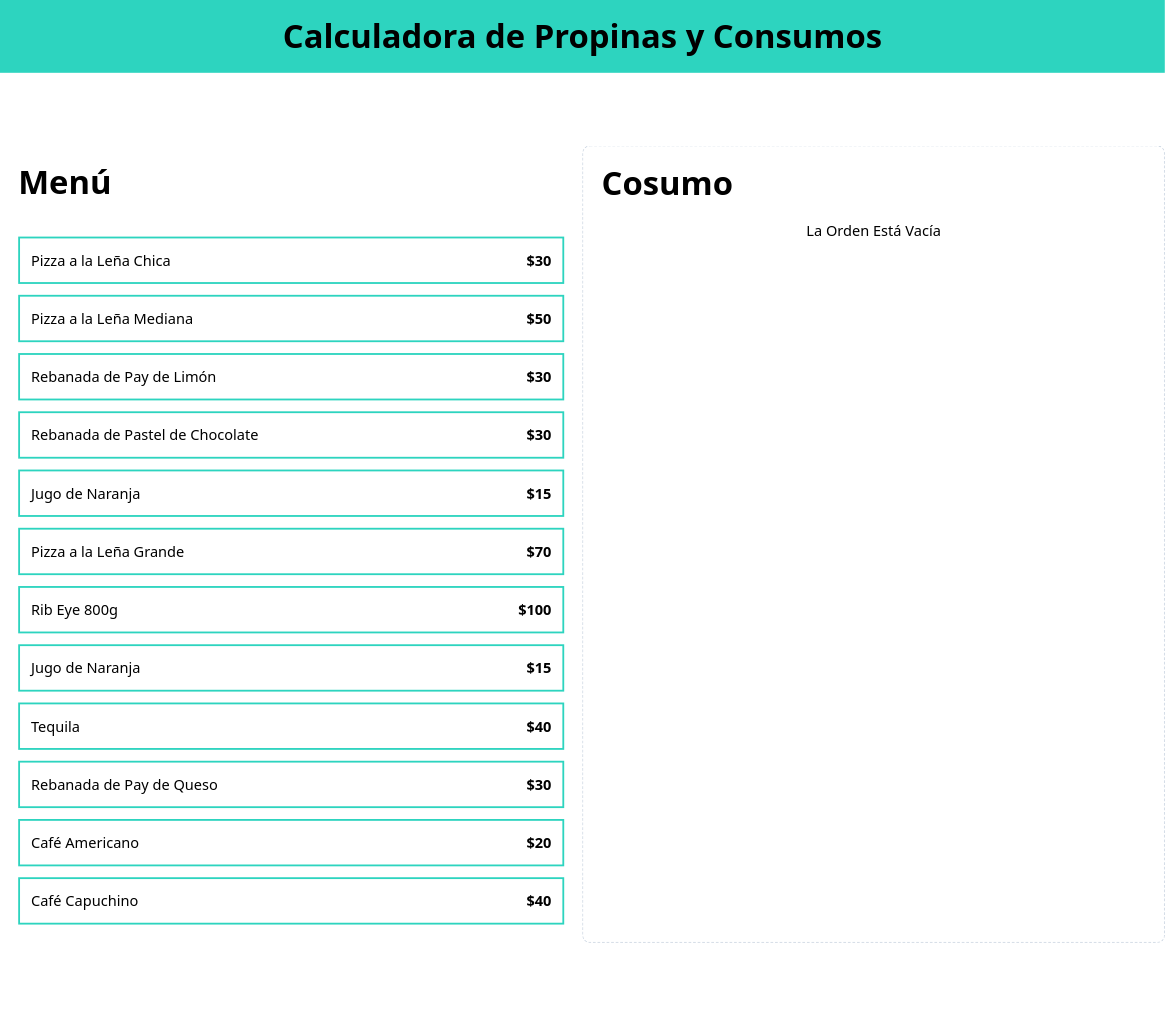
Repository: Matiiu/tip-calculator
Page: /
An editor plug-in stored every save of this project. The page is shown before and after the next save, followed by the edit.
The browser window is 1280 px wide. The pictures show the whole page, at 91% of full size.
The project was rebuilt for these pictures with package versions that can differ from the ones it lists, and the page was loaded fresh each time. Also part of the build but not shown: vite.config.ts. Imported but missing from the stored project, and not drawn on this page: .history/src/helpers/index_20240329155241.

Above is the page before, as saved 2024-03-29 16:01:54.

After the next save:
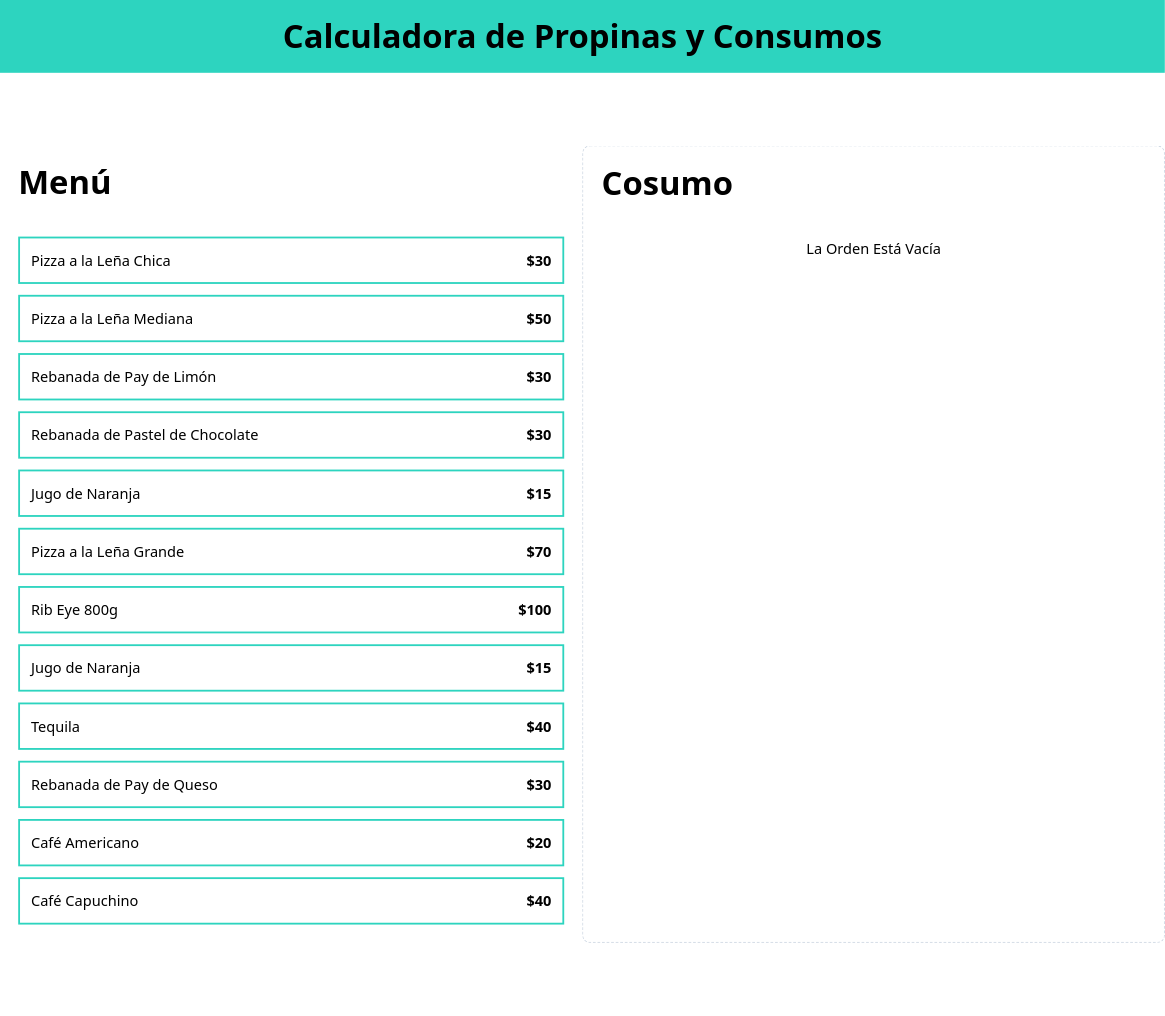
Saved 47 s later.
--- a/src/components/OrderContents.tsx
+++ b/src/components/OrderContents.tsx
@@ -10,7 +10,7 @@ export default function OrderContents({ order }: OrderContentsProps) {
     <div>
       <h2 className="font-black text-4xl">Cosumo</h2>
 
-      <section className="space-y-3 mt-5">
+      <section className="space-y-3 mt-10">
         {!order.length ? (
           <p className="text-center">La Orden Está Vacía</p>
         ) : (
